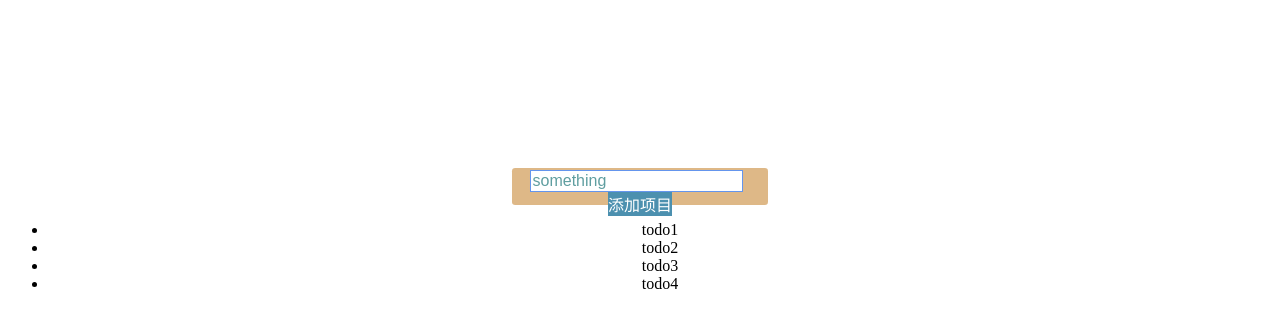
Repository: ArtemisWang/todolistProject
Page: /
These files come from the project's save history. The page is drawn as it stood at one moment and after the next save; the edit follows.
The browser window is 1280 px wide. The pictures show the whole page.
The project was rebuilt for these pictures with package versions that can differ from the ones it lists, and the page was loaded fresh each time.

Above is the page before, as saved 2020-02-28 21:49:30.

After the next save:
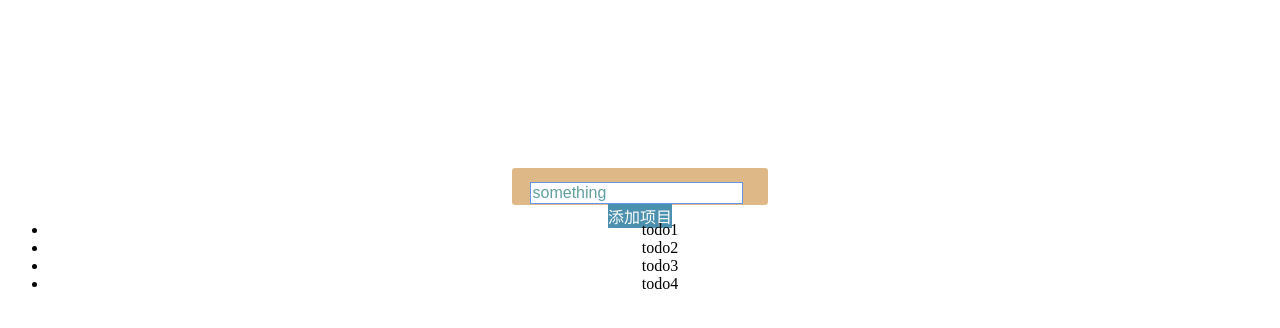
Saved 10 s later.
--- a/src/App.css
+++ b/src/App.css
@@ -21,8 +21,7 @@
     display: inline-block;
     margin-right: .5rem;
     font-size: 1rem;
-    margin-top: auto;
-    margin-bottom: auto;
+    margin-top: .8rem;
 }
 
 .button {
